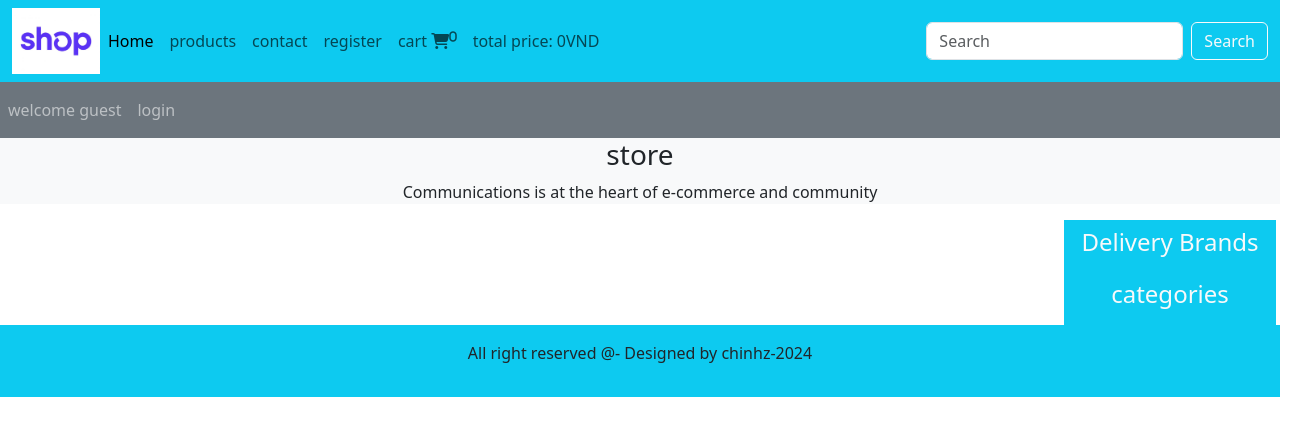
Repository: hahuuchinh2501/ecommerce_web
Page: http://localhost/
These files come from the project's save history. The page is drawn as it stood at one moment and after the next save; the edit follows.
The browser window is 1280 px wide. The page is 1292 px wide, so the pictures cover 1292 px, including what lies to the right of the window. The pictures show the whole page.
The page is run by PHP 8.4 with error messages shown; the project is at /var/www/html/. Queries for data that is not in the repository find no rows.

Above is the page before, as saved 2025-03-05 14:38:38.

After the next save:
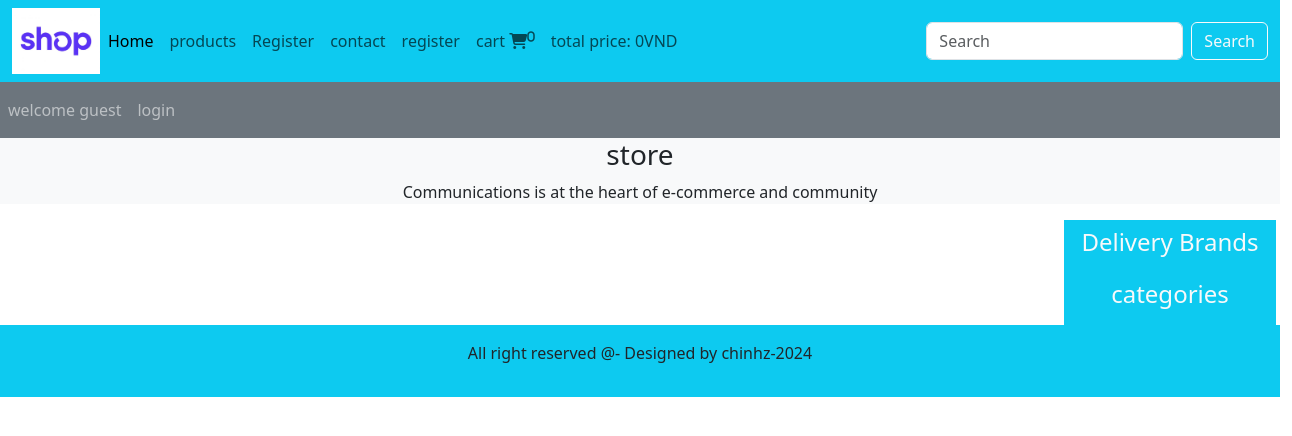
Saved 45 min 59 s later.
--- a/index.php
+++ b/index.php
@@ -46,6 +46,17 @@
                         <li class="nav-item">
                             <a class="nav-link" href="display_all.php">products</a>
                         </li>
+                        <?php
+if(isset($_SESSION['username'])) {
+    echo "<li class='nav-item'>";
+    echo "<a class='nav-link' href='./users_area/profile.php'>My Account</a>";
+    echo "</li>";
+} else {
+    echo "<li class='nav-item'>";
+    echo "<a class='nav-link' href='./users_area/user_registration.php'>Register</a>";
+    echo "</li>";
+}
+?>
                         <li class="nav-item">
                             <a class="nav-link" href="#">contact</a>
                         </li>
